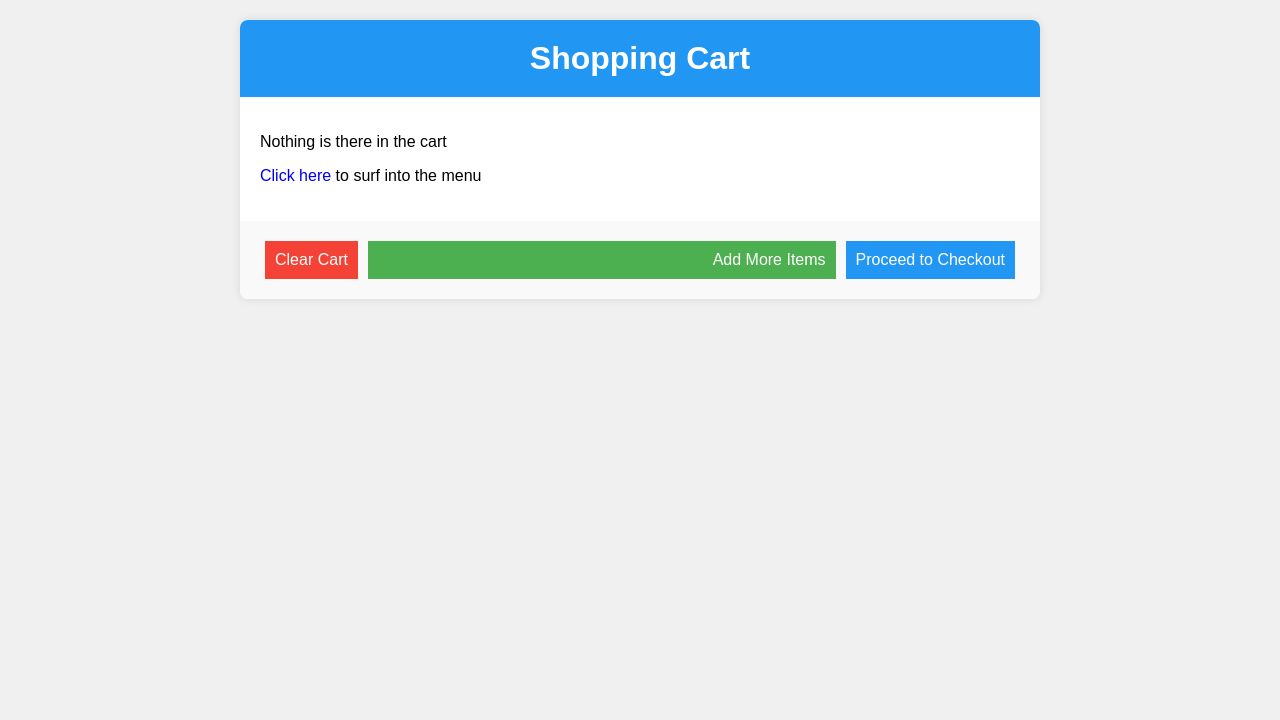
Repository: thotameghana/Food-Delivery
Page: http://localhost/FoodApplication/cart.jsp
An editor plug-in stored every save of this project. The page is shown before and after the next save, followed by the edit.
The browser window is 1280 px wide. The pictures show the whole page.
The page is served by Tomcat 10.

Above is the page before, as saved 2025-01-02 09:46:09.

After the next save:
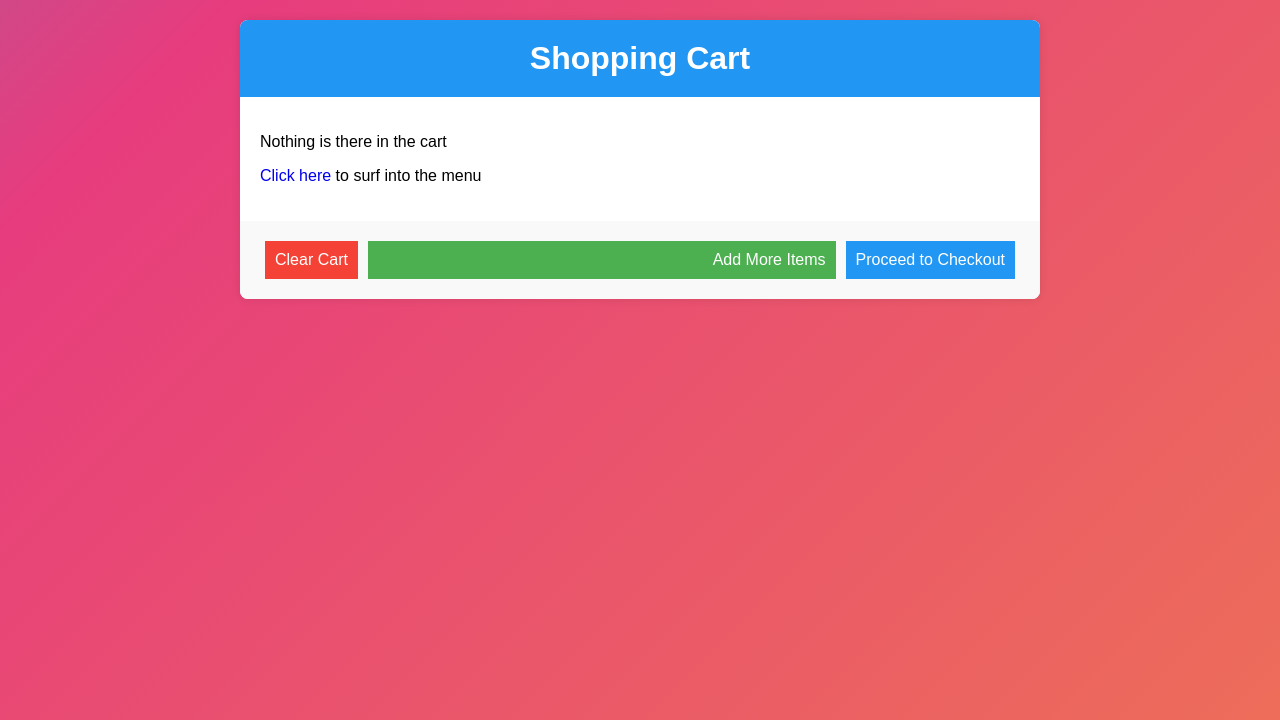
Saved 17 s later.
--- a/FoodApplication/src/main/webapp/styles/cart.css
+++ b/FoodApplication/src/main/webapp/styles/cart.css
@@ -12,7 +12,9 @@
             font-family: Arial, sans-serif;
             margin: 0;
             padding: 0;
-            background-color: #f0f0f0;
+            background: linear-gradient(-45deg, #ee7752, #e73c7e, #23a6d5, #23d5ab);
+            background-size: 400% 400%;
+            animation: gradientBG 15s ease infinite;
         }
         .container {
             max-width: 800px;
